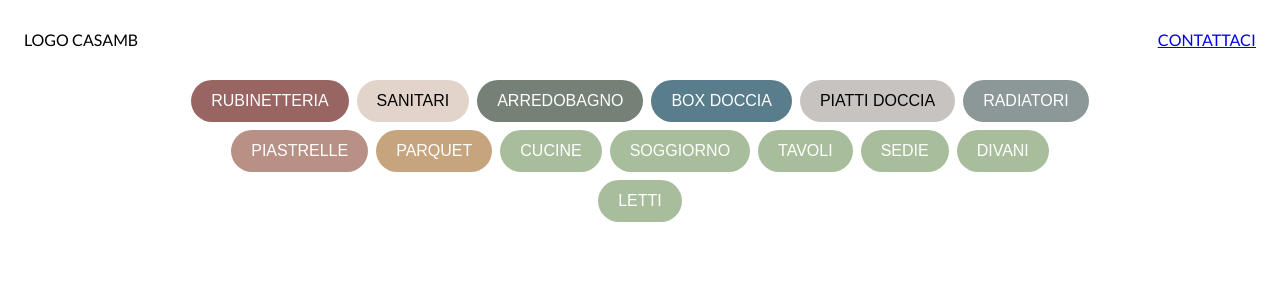
Repository: nicolorz/casamb
Page: /
These files come from the project's save history. The page is drawn as it stood at one moment and after the next save; the edit follows.
The browser window is 1280 px wide. The pictures show the whole page.
The project was rebuilt for these pictures with package versions that can differ from the ones it lists, and the page was loaded fresh each time. Also part of the build but not shown: src/index.css, src/App.css.

Above is the page before, as saved 2023-07-18 18:54:17.

### src/index.js
import React from 'react';
import ReactDOM from 'react-dom/client';
import './index.css';
import './assets/css/reset.css'
import './assets/css/style.css'
import App from './App';
import reportWebVitals from './reportWebVitals';

const root = ReactDOM.createRoot(document.getElementById('root'));
root.render(
  <React.StrictMode>
    <App />
  </React.StrictMode>
);

// If you want to start measuring performance in your app, pass a function
// to log results (for example: reportWebVitals(console.log))
// or send to an analytics endpoint. Learn more: https://bit.ly/CRA-vitals
reportWebVitals();

### src/assets/css/style.css
@import url('https://fonts.googleapis.com/css2?family=Lato:ital,wght@0,300;0,400;0,700;1,300;1,400;1,700&display=swap');

html, body {
  margin: 0;
  padding: 0;
  font-size: 16px;
  font-family: 'Lato', sans-serif;
}

.main-wrapper {
  width: 100vw;
  height: 100vh;
  background-color: #fff;
/*   display: flex;
  flex-flow: row nowrap; */
}

/* .sidebar {
  flex: 1;
  background-color: #f6f6f6;
  display: flex;
  flex-flow: column nowrap;
}

.card-wrapper {
  flex: 4;
  padding: 1rem;
  box-sizing: border-box;
  background-color: #EFF8FF;
  border: 1px solid #62A1FF;
  display: flex;
  flex-flow: row nowrap;
  align-items: flex-start;
  gap: 1rem;
}

.footer, .area-buttons {
  width: 100%;
  padding: 1rem;
  box-sizing: border-box;
  background-color: #EFF8FF;
  border: 1px solid #62A1FF;
}

.foooter {
  flex: 0 1 auto;
}

.area-buttons {
  flex: 1 0 auto;
}

.area-buttons {
  display: flex;
  flex-flow: column nowrap;
  gap: 0.5rem;
}

.area-buttons > button {
  align-self: flex-start;
}

.card {
  flex: 0 1 33%;
  padding: 1rem;
  background-color: #62A1FF;
  /* align-self: flex-start;
}

.card > img {
  width: 100%;
} */

### src/App.js
import logo from './logo.svg';
import './App.css';
import  {Header} from './components/HeaderWrapper/HeaderWrapper';

function App() {

  return (
    <div className="main-wrapper">
      <Header />
    </div>
  );
}

export default App;

### src/components/HeaderWrapper/HeaderWrapper.js
import './Header.css'
import { HeaderBottom } from './HeaderBottom'
import { HeaderTop } from './HeaderTop'

export const Header = () => {
    return <div className="header">
        <HeaderTop />
        <HeaderBottom />
    </div>
}

### src/components/HeaderWrapper/Header.css
.header {
    width: 100%;
    padding: 0 24px;
    box-sizing: border-box;
    position: fixed;
    top: 0;
    left: 0;
}

.header-top {
    width: 100%;
    display: flex;
    flex-flow: row nowrap;
    justify-content: space-between;
    align-items: center;
}

.header-top_logo {
    padding: 2rem 0;
}

.header-bottom {
    width: 100%;
    display: flex;
    flex-flow: column nowrap;
    align-items: center;
}

.sorting-area {
    max-width: 900px;
    display: flex;
    flex-flow: row wrap;
    justify-content: center;
    gap: 0.5rem;
}

### src/components/HeaderWrapper/HeaderBottom.js
import { SortingBtn } from "../SortingBtn/Sortingbtn"

const sortingButtons = [
    {
        tag: 'rubinetteria',
        label: 'rubinetteria',
        backgroundColor: '#986562',
        color: true
    },
    {
        tag: 'sanitari',
        label: 'sanitari',
        backgroundColor: '#E2D4CB',
        color: false,
        textColor: '#000'
    },
    {
        tag: 'arredobagno',
        label: 'arredobagno',
        backgroundColor: '#758177',
        color: true
    },
    {
        tag: 'boxdoccia',
        label: 'box doccia',
        backgroundColor: '#5A7D8B',
        color: true
    },
    {
        tag: 'piattidoccia',
        label: 'piatti doccia',
        backgroundColor: '#C7C3C0',
        color: false,
        textColor: '#000'
    },
    {
        tag: 'radiatori',
        label: 'radiatori',
        backgroundColor: '#8C9898',
        color: true
    },
    {
        tag: 'piastrelle',
        label: 'piastrelle',
        backgroundColor: '#B89086',
        color: true
    },
    {
        tag: 'parquet',
        label: 'parquet',
        backgroundColor: '#C6A47E',
        color: true
    },
    {
        tag: 'cucine',
        label: 'cucine',
        backgroundColor: '#A8BD9B',
        color: true
    },
    {
        tag: 'soggiorno',
        label: 'soggiorno',
        backgroundColor: '#A8BD9B',
        color: true
    },
    {
        tag: 'tavoli',
        label: 'tavoli',
        backgroundColor: '#A8BD9B',
        color: true
    },
    {
        tag: 'sedie',
        label: 'sedie',
        backgroundColor: '#A8BD9B',
        color: true
    },
    {
        tag: 'divani',
        label: 'divani',
        backgroundColor: '#A8BD9B',
        color: true
    },
    {
        tag: 'letti',
        label: 'letti',
        backgroundColor: '#A8BD9B',
        color: true
    },
];

export const HeaderBottom = () => {
    return (
        <div className="header-bottom">
            <div className="sorting-area">
                {sortingButtons.map((el) => {
                    return (
                        <SortingBtn key={el.tag} button={el} />
                    )
                })}
            </div>
        </div>
    )
}

### src/components/HeaderWrapper/HeaderTop.js
export const HeaderTop = () => {
    return <div className="header-top">
        <div className="header-top_logo">LOGO CASAMB</div>
        <a href="*" target="_self">CONTATTACI</a>
    </div>
}

### src/components/SortingBtn/Sortingbtn.js
import './Sortingbtn.css'

export const SortingBtn = ({button}) => {
    return <button
        className="sorting-btn"
        style={{
            backgroundColor: button.backgroundColor,
            color: button.color ? '#fff' : button.textColor
        }}
        >
            {button.label.toUpperCase()}
        </button>
};

### src/components/SortingBtn/Sortingbtn.css
.sorting-btn {
    background-color: #62A1FF;
    color: #fff;
    padding: 12px 20px;
    border: none;
    border-radius: 50px;
    -webkit-border-radius: 50px;
    -moz-border-radius: 50px;
    -ms-border-radius: 50px;
    -o-border-radius: 50px;
    font-size: 16px;
    cursor: pointer;
    transition: all 0.3s;
    -webkit-transition: all 0.3s;
    -moz-transition: all 0.3s;
    -ms-transition: all 0.3s;
    -o-transition: all 0.3s;
}

.sorting-btn:hover {
    background-color: #4B84DA;
}

Loaded but not shown: public/index.html (common file); src/assets/css/reset.css (common file); src/reportWebVitals.js (common file)

After the next save:
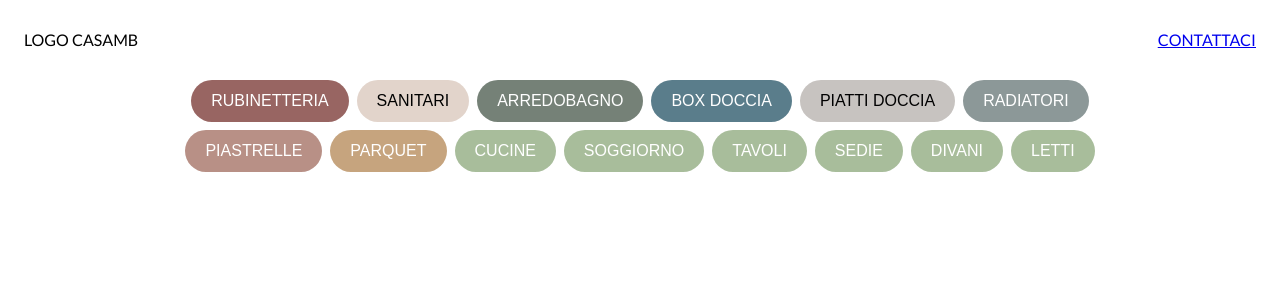
Saved 44 s later.
--- a/src/components/HeaderWrapper/Header.css
+++ b/src/components/HeaderWrapper/Header.css
@@ -27,7 +27,7 @@
 }
 
 .sorting-area {
-    max-width: 900px;
+    max-width: 996px;
     display: flex;
     flex-flow: row wrap;
     justify-content: center;
